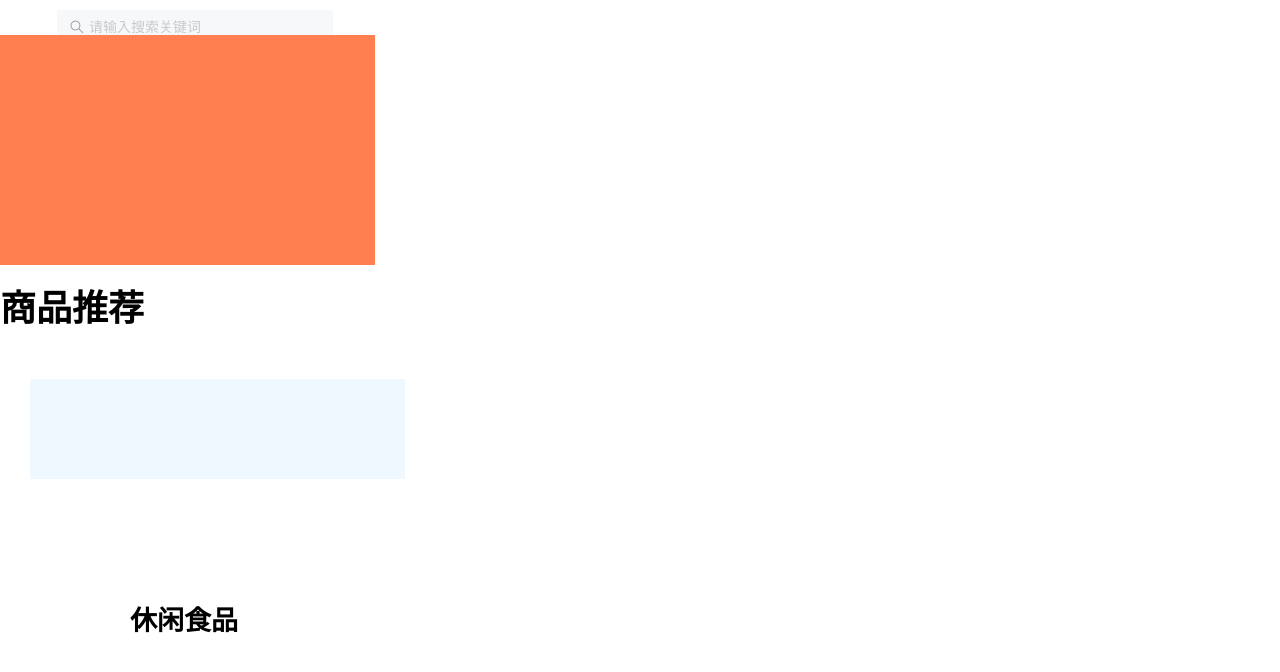
Repository: liyang777777/shangcheng
Page: /
These files come from the project's save history. The page is drawn as it stood at one moment and after the next save; the edit follows.
The browser window is 1280 px wide. The pictures show the whole page.
The page's requests for data from a server got no answer. The project was rebuilt for these pictures with package versions that can differ from the ones it lists, and the page was loaded fresh each time. No one was signed in, and anything a server would have sent is missing. Also part of the build but not shown: vue.config.js. Imported but missing from the stored project, and not drawn on this page: src/views/About.

Above is the page before, as saved 2020-06-23 14:59:24.

After the next save:
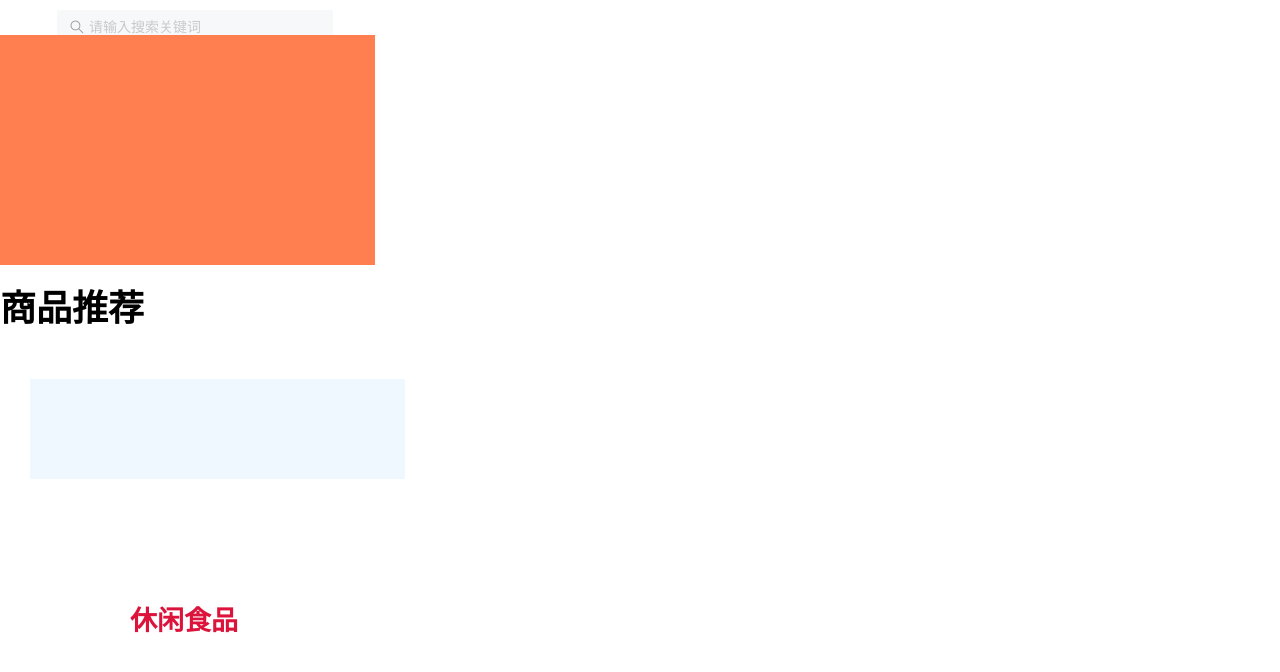
Saved 99 s later.
--- a/src/components/Prre.vue
+++ b/src/components/Prre.vue
@@ -75,6 +75,6 @@ export default {
   font-size: 18px;
   margin-top: 120px;
   margin-left: 130px;
-
+  color: crimson;
 }
 </style>
